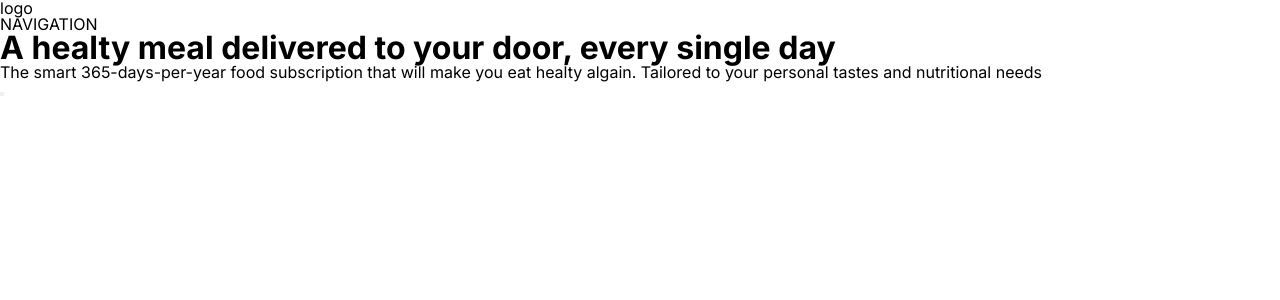
Repository: Ahmed123rezk123/06-Components
Page: hero.html
The author's editor kept a copy of each file at every save. The page is drawn from the files as they stood at one save, then again after the next save.
The browser window is 1280 px wide. The pictures show the whole page.

Above is the page before, as saved 2024-09-16 15:44:23.

After the next save:
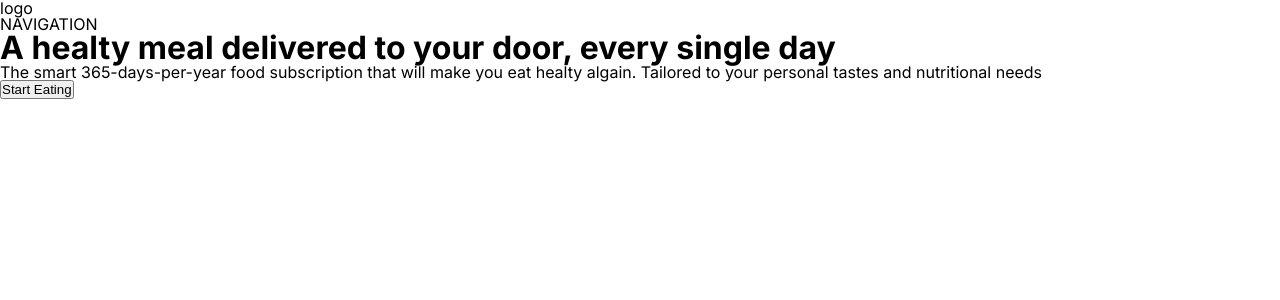
Saved 10 s later.
--- a/hero.html
+++ b/hero.html
@@ -38,7 +38,7 @@
             healty algain. Tailored to your personal tastes and nutritional
             needs
           </p>
-          <button class="btn"></button>
+          <button class="btn">Start Eating</button>
         </div>
       </div>
     </header>
